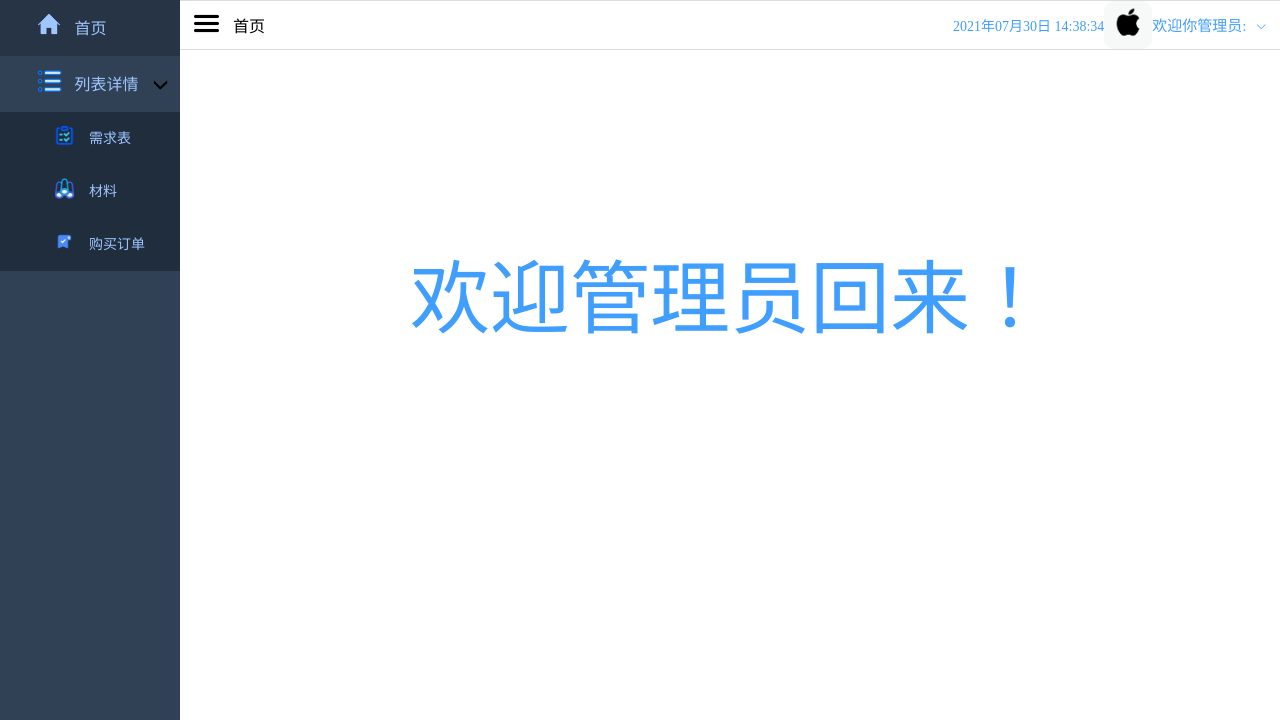
Repository: 572031690/fwwb-proj
Page: /#/home
The author's editor kept a copy of each file at every save. The page is drawn from the files as they stood at one save, then again after the next save.
The browser window is 1280 px wide. The pictures show the whole page.
The project was rebuilt for these pictures with package versions that can differ from the ones it lists, and the page was loaded fresh each time. Also part of the build but not shown: vue.config.js, src/unusercom/EditData.vue, src/components/Adddata.vue, src/view/home/User.vue, src/components/Drawer.vue, src/view/home/Body.vue, src/view/home/Item.vue, src/view/home/Buy.vue and 3 more.

Above is the page before, as saved 2021-08-12 17:09:03.
Console error: TypeError: Cannot set properties of undefined (setting 'display')

### public/index.html
<!DOCTYPE html>
<html lang="">
  <head>
    <meta charset="utf-8">
    <meta http-equiv="X-UA-Compatible" content="IE=edge">
    <meta name="viewport" content="width=device-width,initial-scale=1.0">
    <link rel="icon" href="<%= BASE_URL %>favicon.ico">
    <title><%= htmlWebpackPlugin.options.title %></title>
    <!-- 配置jquery -->
    <!-- <script src="http://ajax.googleapis.com/ajax/libs/jquery/1.8.0/jquery.min.js"></script> -->
     <!-- 百度的适口 -->
     <meta name="viewport" content="width=device-width,minimum-scale=1.0,maximum-scale=1.0,user-scalable=no">
     <!-- 搜索框 -->
     <meta http-equiv="X-UA-Compatible" content="IE=edge">
    <meta name="viewport" content="width=device-width, initial-scale=1.0">
    <link href="http://cdn.bootcss.com/font-awesome/4.7.0/css/font-awesome.min.css" rel="stylesheet">
  </head>
  <body>
    <noscript>
      <strong>We're sorry but <%= htmlWebpackPlugin.options.title %> doesn't work properly without JavaScript enabled. Please enable it to continue.</strong>
    </noscript>
    <div id="app"></div>
    <!-- built files will be auto injected -->
  </body>
</html>

### src/App.vue
<template>
  <div id="app" >
	  		<!-- <v-login></v-login> -->
			<router-view ></router-view>
	</div>
</template>

<script>

export default {
  data () {
    	return {

    	}
  	},
  	methods: {

  	},
  components: {
  },
  mounted () {
    this.$router.push({ path: 'login' }) // 页面跳转
  }
}

</script>

<style>

</style>

### src/assets/CSS/basic.css
a {
        text-decoration: none;
}

* {
        padding: 0;
        margin: 0;
}

html, body {
        height: 100%;
}

### src/view/Home.vue
<template>
  <div id="Home" ref="gobacklogin">
    <div :class="{ leftNavigation: navshow, leftNavigationChange: !navshow }">
      <router-link to="/home/homewel">
        <div class="navhome">
          <img src="../assets/homeimg.png" class="navhome-img" />
          <span class="spans1" ref="spans1">首页</span>
        </div>
      </router-link>
      <div class="navhome" @click="changearrow()" id="listlep">
        <img src="../assets/item.png" class="navhome-img" />
        <span ref="spans2">列表详情</span>
        <img src="../assets/小箭头.png" class="arrow" ref="arrow" />
      </div>

      <div class="navhome-box" ref="navhomebox">
        <transition name="navhom">
          <div class="navhome-son" v-show="navSonShow">
            <div @click="goToRouter(item)" v-for="(item, index) in routerList">
              <div class="namehome-son1">
                <img :src="item.imgSrc" class="navson-img" />
                <span ref="spans7">{{ item.label }}</span>
              </div>
            </div>
            <router-link to="/home/item">
              <div class="namehome-son1">
                <img src="../assets/material.png" class="navson-img" />
                <span ref="spans6">材料</span>
              </div>
            </router-link>

            <router-link to="/home/buy">
              <div class="namehome-son1">
                <img src="../assets/buy.png" class="navson-img" />
                <span ref="spans5">购买订单</span>
              </div>
            </router-link>
          </div>
        </transition>
      </div>
      <router-link to="/home/department" v-show="admin">
        <div class="navhome">
          <img src="../assets/department.png" class="navhome-img" />
          <span ref="spans3">部门管理</span>
        </div>
      </router-link>
      <router-link to="/home/user" v-show="admin">
        <div class="navhome">
          <img src="../assets/user.png" class="navhome-img" />
          <span ref="spans8">用户信息</span>
        </div>
      </router-link>
    </div>

    <div
      :class="{ rightNavigation: navshow, rightNavigations: !navshow }"
      ref="right1"
    >
      <div class="rightnav-top">
        <div class="rightnav-topimg">
          <img
            src="../assets/heng.png"
            class="rightnav-topimghome"
            ref="rightnavtopimghome"
            @click="changehomeimg()"
          />
        </div>

        <span>首页</span>
        <!-- <v-search class="searchfa"></v-search> -->

        <div class="topright">
          <span class="top-time">{{ nowTime }}</span>
          <!-- 苹果图标 -->
          <img src="../assets/timg.jpg" class="timg" />
          <!-- 退出下拉框 -->
          <el-dropdown @command="gobacklogin" class="elsign-out">
            <span class="el-dropdown-link">
              欢迎你管理员: <span class="adminname">{{ adminname }} </span
              ><i class="el-icon-arrow-down el-icon--right"></i>
            </span>
            <el-dropdown-menu slot="dropdown">
              <el-dropdown-item command="a">退出登陆</el-dropdown-item>
            </el-dropdown-menu>
          </el-dropdown>
        </div>
      </div>

      <router-view></router-view>
    </div>
  </div>
</template>

<script>
// 引入jquery
// import $ from 'jquery'
// 引入搜索框
import EditData from "../unusercom/EditData.vue";

export default {
  data() {
    return {
      nowTime: "",
      thistime: "",
      key: 90,
      arrowflag: true,
      imghomeflag: true,
      adminname: "",
      departmentID: "",
      navshow: true,
      navSonShow: true,
      lastTime: 0, // 默认上一次点击时间为0
      admin: true,
      routerList: [
        {
          path: "/home/body",
          label: "需求表",
          disabled: false,
          imgSrc: require("@/assets/body.png")
        }
      ]
    };
  },
  methods: {
    // 旋转子列箭头
    changearrow() {
      this.navSonShow = !this.navSonShow;
      if (this.arrowflag) {
        this.$refs.arrow.style.transform = "rotate(270deg)";
        this.arrowflag = !this.arrowflag;
      } else {
        this.$refs.arrow.style.transform = "rotate(90deg)";
        this.arrowflag = !this.arrowflag;
      }
      // e.srcElement.style.transform="'rotate('+this.key+'deg)'";
      // e.srcElement.style.transform="rotate(180deg)";
      // console.log(e.srcElement.dataset.aid);
    },
    // 右边栏三条杠点击事件
    changehomeimg() {
      // 动画class绑定
      this.navshow = !this.navshow;
      let status = "none";
      let rotate = "rotate(90deg)";
      let times = 0;
      // 首页旁边三条杠图标旋转和文字消失
      if (this.imghomeflag) {
        status = "none";
        rotate = "rotate(90deg)";
        times = 0;
      } else {
        status = "block";
        rotate = "rotate(0deg)";
        times = 700;
      }
      this.$refs.rightnavtopimghome.style.transform = rotate;
      this.imghomeflag = !this.imghomeflag;
      const me = this;
      setTimeout(function() {
        me.$refs.spans1.style.display = status;
        me.$refs.spans2.style.display = status;
        me.$refs.spans3.style.display = status;
        me.$refs.arrow.style.display = status;
        me.$refs.spans5.style.display = status;
        me.$refs.spans6.style.display = status;
        me.$refs.spans7.style.display = status;
        me.$refs.spans8.style.display = status;
      }, times);
    },
    // 开始动画文字出现延迟
    changehomeimgCreate() {
      this.changehomeimg();
      this.changehomeimg();
    },

    // 退出登陆方法
    gobacklogin(command) {
      this.$confirm("是否退出登陆", "提示", {
        confirmButtonText: "确定",
        cancelButtonText: "取消",
        type: "warning"
      }).then(() => {
        sessionStorage.clear(); // 删除所有数据
        this.$router.push({ name: "login" }); // 直接跳转
        this.$message({
          type: "success",
          message: "退出登陆成功!"
        });
      });
    },

    // init(){
    //     this.$nextTick(()=>{
    //     var flagwel = this.$store.state.flagwel;
    //     this.$refs.welcomehome.style.display=flagwel;
    //     })
    // }
    // 显示当前时间（年月日时分秒）
    timeFormate(timeStamp) {
      const year = new Date(timeStamp).getFullYear();
      const month =
        new Date(timeStamp).getMonth() + 1 < 10
          ? "0" + (new Date(timeStamp).getMonth() + 1)
          : new Date(timeStamp).getMonth() + 1;
      const date =
        new Date(timeStamp).getDate() < 10
          ? "0" + new Date(timeStamp).getDate()
          : new Date(timeStamp).getDate();
      const hh =
        new Date(timeStamp).getHours() < 10
          ? "0" + new Date(timeStamp).getHours()
          : new Date(timeStamp).getHours();
      const mm =
        new Date(timeStamp).getMinutes() < 10
          ? "0" + new Date(timeStamp).getMinutes()
          : new Date(timeStamp).getMinutes();
      const ss =
        new Date(timeStamp).getSeconds() < 10
          ? "0" + new Date(timeStamp).getSeconds()
          : new Date(timeStamp).getSeconds();
      this.nowTime =
        year +
        "年" +
        month +
        "月" +
        date +
        "日" +
        " " +
        hh +
        ":" +
        mm +
        ":" +
        ss;
      // console.log(this.nowTime)
    },
    nowTimes() {
      const that = this;
      this.thistime = setInterval(function() {
        that.timeFormate(new Date());
      }, 1000);
    },
    clearTime() {
      clearInterval(this.thistime);
    },
    getAdminType() {
      // console.log(typeof this.departmentID)
      if (this.departmentID === "10000") {
        this.admin = true;
      } else {
        this.admin = false;
      }
    },
    goToRouter(val) {
      this.$router.push({ path: val.path }); // 页面跳转
    }
  },
  components: {
    // 'v-body':Body
    "v-editdata": EditData
  },
  // store,
  mounted() {
    this.nowTimes();
    // document.getElementById('rightnav-topimghome').style.cursor = 'not-allowed' //设置鼠标样式为不可点击

    this.changehomeimgCreate();
    // 实现左边子栏的缓慢消失
    // $(document).ready(function(){
    // $("#listlep").click(function(){
    //     $(".navhome-son").slideToggle(500);
    //   });
    // });

    // //实现左边nav栏的缩小
    // $(document).ready(function(){
    // $('.rightnav-topimghome').click(function(){
    //     if($('.right-navigation').css("margin-left")=="180px"){
    //         $('.right-navigation').animate({
    //         'margin-left':'50px'
    //     },700);
    // }else{
    // $('.right-navigation').animate({
    //     'margin-left':'180px'
    //     },700);
    // }
    // });
    // });

    // $(document).ready(function(){
    // $('.rightnav-topimghome').click(function(){
    //     if($('.left-navigation').css("width")!="50px"){
    //         $('.left-navigation').animate({
    //         width:'50px'
    //     },700);
    // }else{
    // $('.left-navigation').animate({
    //     width:'180px'
    //     },700);
    // }
    // });
    // });

    this.adminname = window.sessionStorage.getItem("storeData"); // 获取浏览器缓存值
    this.departmentID = window.sessionStorage.getItem("sData");
    this.getAdminType();
  },
  beforeDestroy() {
    this.clearTime();
  }
};
</script>
<style scoped>
#Home {
  height: 100%;
  width: 100%;
  background-color: white;
  display: flex;
  flex-direction: row;
}

.leftNavigation {
  position: fixed;
  display: inline-block;
  width: 180px;
  background-color: #304156;
  height: 100vh; /*占满一个屏幕的高度 */
  animation: navlong 0.7s;
}
.leftNavigationChange {
  position: fixed;
  width: 50px;
  background-color: #304156;
  height: 100vh; /*占满一个屏幕的高度 */
  animation: navshort 0.7s;
}

@keyframes navlong {
  0% {
    width: 50px;
  }
  100% {
    width: 180px;
  }
}

@keyframes navshort {
  0% {
    width: 180px;
  }
  100% {
    width: 50px;
  }
}
.leftNavigation a {
  text-decoration: none;
}

.navhome {
  display: flex;
  flex-direction: row; /*水平排布*/
  height: 34px;
  width: 100%;
  background-color: #304156;
  padding: 11px 0;
  transition: all 0.5s;
}
.navhome:hover {
  background-color: #263445;
  cursor: pointer;
}
.navhome-img {
  /* -webkit-transform:rotate(90deg); */
  height: 26px;
  margin: 0 7%;
  margin-left: 20%;
  vertical-align: middle;
  color: #409eff;
}
.navhome span {
  vertical-align: middle;
  font-size: 16px;
  color: #9fc6ff;
  margin-top: 4px;
}
.arrow {
  margin-top: 5px;
  margin-left: 5%;
  height: 25px;
  vertical-align: middle;
  transition: all 0.5s;
  transform: rotate(90deg);
}

.navhom-enter-active,
.navhom-leave-active {
  transition: all 0.5s;
}
.navhom-enter,
.navhom-leave-to {
  height: 0;
}
.navhom-enter-to,
.navhom-leave {
  height: 159px;
}
.navhome-son {
  cursor: pointer;
  background-color: #1f2d3d;
  overflow: hidden;
}
.namehome-son1 {
  display: flex;
  flex-direction: row; /*水平排布*/
  transition: all 1.5s;
  width: 100%;
  height: 47px;
  padding: 3px 0;
}
.namehome-son1:hover {
  background-color: #001121;
}
.navson-img {
  height: 21px;
  margin: 10px 5px;
  margin-left: 30%;
  vertical-align: middle;
  color: #409eff;
}
.navhome-son span {
  vertical-align: middle;
  font-size: 14px;
  margin-top: 12px;
  color: #9fc6ff;
  margin-left: 5%;
}
.rightNavigation {
  display: inline-block;
  width: 100%;
  margin-left: 180px;
  animation: rightNavlong 0.7s;
}
.rightNavigations {
  display: inline-block;
  width: 100%; /**/
  margin-left: 50px;
  animation: rightNavshort 0.7s;
}
@keyframes rightNavlong {
  0% {
    margin-left: 50px;
  }
  100% {
    margin-left: 180px;
  }
}
@keyframes rightNavshort {
  0% {
    margin-left: 180px;
  }
  100% {
    margin-left: 50px;
  }
}
.rightnav-top {
  width: 100%;
  height: 48px;
  display: flex;
  flex-direction: row;
  border-bottom: 1px solid #dadce0;
  border-top: 1px solid #dadce0;
}
.rightnav-topimg {
  padding: 0 14px;
  height: 50px;
}
.rightnav-topimghome {
  cursor: pointer;
  margin-top: 10px;
  height: 25px;
  transition: all 0.4s;
}
.rightnav-top span {
  padding-top: 12px;
  /* margin-left: 10px; */
}
.top-time {
  color: #409eff;
  font-size: 14px;
  margin-top: 2px;
}
.topright {
  float: right;
  right: 1%;
  position: absolute;
  display: flex;
}
.timg {
  height: 48px;
  cursor: pointer;
  border-radius: 10px;
}
.weltop {
  font-size: 14px;
}
#eldown {
  margin-top: 1px;
  font-size: 20px;
}
.elsign-out {
  padding-top: 13px;
}
.el-dropdown-link {
  cursor: pointer;
  color: #409eff;
  font-size: 15px;
}
.el-icon-arrow-down {
  font-size: 12px;
}
.adminname {
  color: black;
  font-size: 15px;
}
</style>

### src/view/home/HomeWel.vue
<template>
    <div>
        <div class="welcomehome" ref="welcomehome">
                欢迎管理员回来！
        </div>
    </div>
</template>
<script>
export default {
  data () {
    return {

    }
  }
}
</script>
<style scoped>
    .welcomehome{
        line-height: 500px;
        text-align: center;
        font-size: 80px;
        color: #409EFF;
    }
</style>

### src/components/login.vue
<template lang="">
    <div>

    </div>
</template>
<script>
export default {
  data () {
    return {

    }
  },
  mounted () {
    this.$router.push({ path: 'homewel' }) // 页面跳转
  }
}
</script>

Loaded but not shown: src/plugins/element.js (common file); src/router/index.js (63 lines, source omitted); src/main.js (17 lines, source omitted); src/store/index.js (26 lines, source omitted); src/view/Login.vue (731 lines, source omitted)

After the next save:
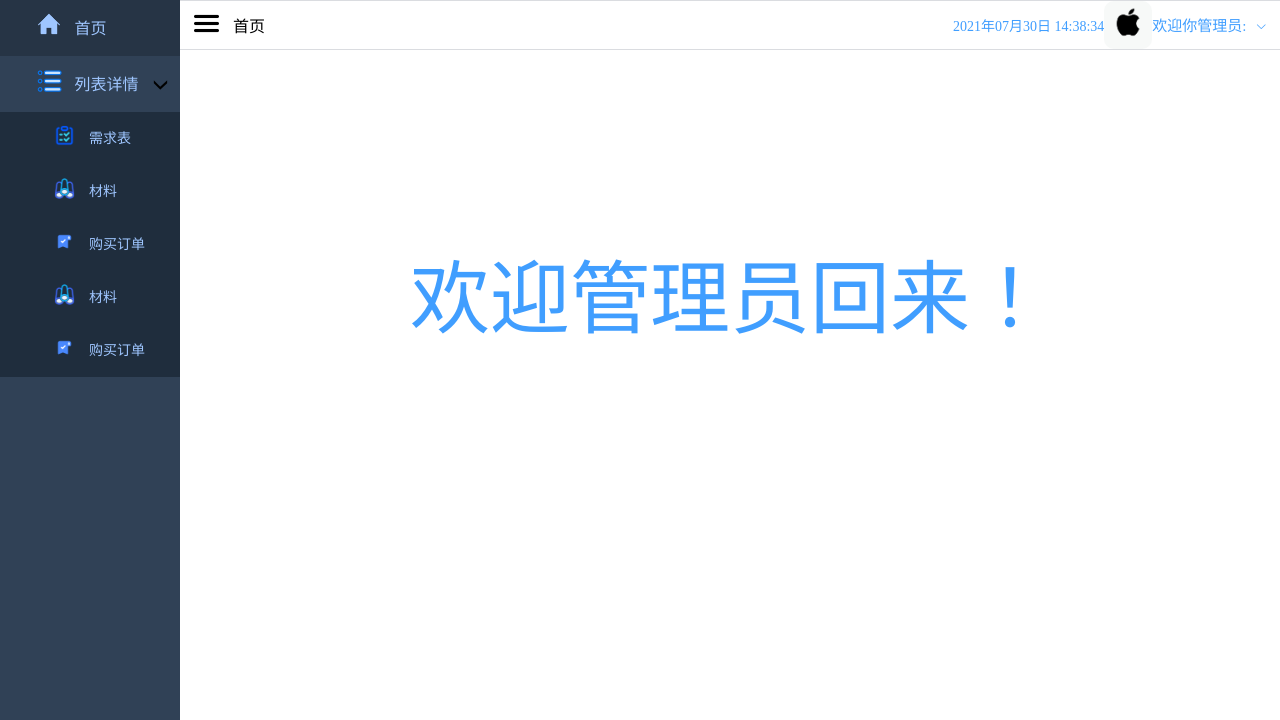
Saved 100 s later.
--- a/src/view/Home.vue
+++ b/src/view/Home.vue
@@ -117,6 +117,18 @@ export default {
           label: "需求表",
           disabled: false,
           imgSrc: require("@/assets/body.png")
+        },
+        {
+          path: "/home/item",
+          label: "材料",
+          disabled: false,
+          imgSrc: require("@/assets/material.png")
+        },
+        {
+          path: "/home/buy",
+          label: "购买订单",
+          disabled: false,
+          imgSrc: require("@/assets/buy.png")
         }
       ]
     };

After the save that followed:
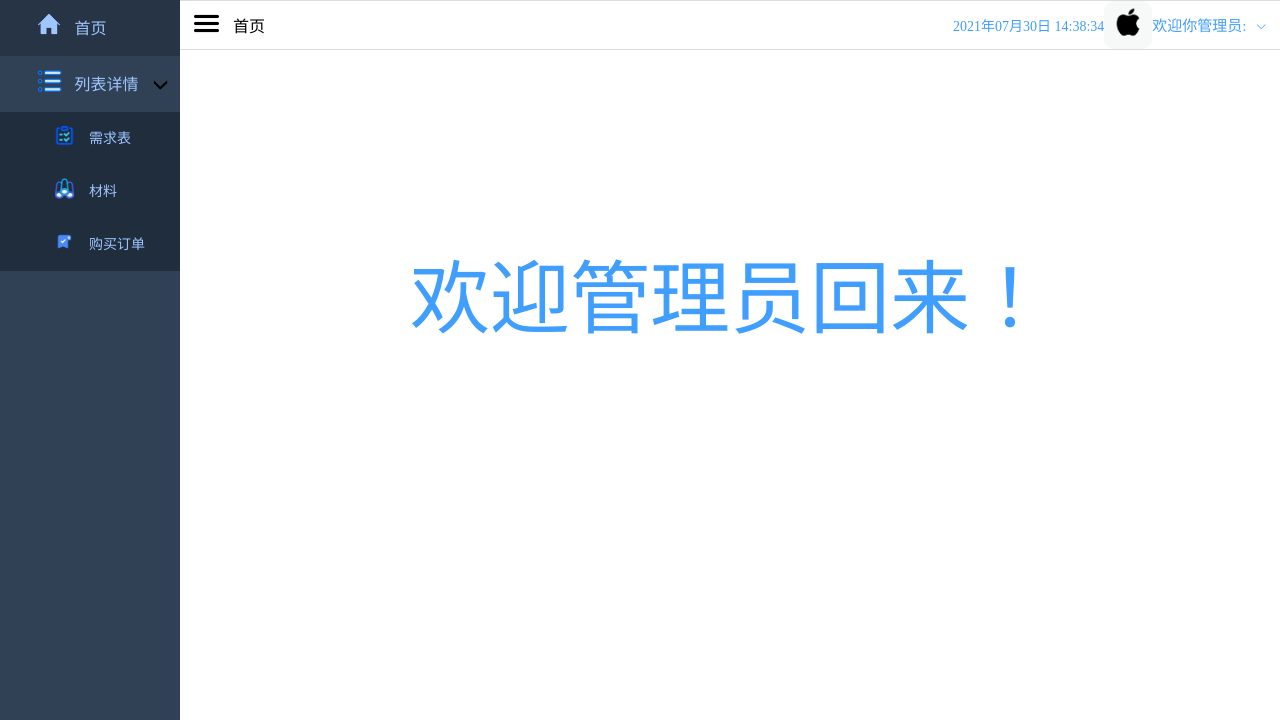
Console error: TypeError: Cannot read properties of undefined (reading 'style')
Saved 34 s later.
--- a/src/view/Home.vue
+++ b/src/view/Home.vue
@@ -22,19 +22,6 @@
                 <span ref="spans7">{{ item.label }}</span>
               </div>
             </div>
-            <router-link to="/home/item">
-              <div class="namehome-son1">
-                <img src="../assets/material.png" class="navson-img" />
-                <span ref="spans6">材料</span>
-              </div>
-            </router-link>
-
-            <router-link to="/home/buy">
-              <div class="namehome-son1">
-                <img src="../assets/buy.png" class="navson-img" />
-                <span ref="spans5">购买订单</span>
-              </div>
-            </router-link>
           </div>
         </transition>
       </div>
